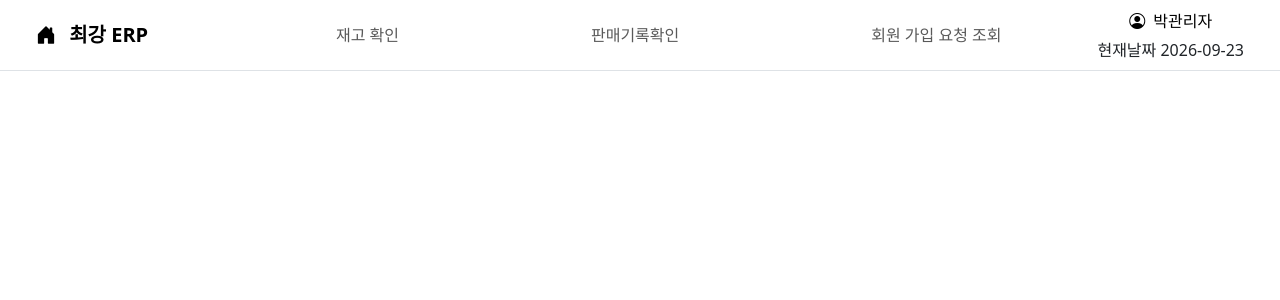
Repository: nojong99/kosta
Page: 32_MVCModel2/src/main/webapp/memberHeader.html
These files come from the project's save history. The page is drawn as it stood at one moment and after the next save; the edit follows.
The browser window is 1280 px wide. The pictures show the whole page.

Above is the page before, as saved 2026-09-23 06:45:38.

### 32_MVCModel2/src/main/webapp/memberHeader.html
<!DOCTYPE html>
<html>
<head>
<meta charset="UTF-8">
<meta name="viewport" content="width=device-width, initial-scale=1">

<title>최강 ERP</title>

<link
	href="https://cdn.jsdelivr.net/npm/bootstrap@5.3.8/dist/css/bootstrap.min.css"
	rel="stylesheet">
<link rel="stylesheet"
	href="https://cdn.jsdelivr.net/npm/bootstrap-icons@1.13.1/font/bootstrap-icons.min.css">
<link rel="stylesheet" href="css/header.css">

</head>
<body>
	<header>
		<nav class="navbar navbar-expand-lg bg-white border-bottom px-4">

			<div class="container-fluid">
				<a class="navbar-brand fw-bold me-4" href="index.html"> <i
					class="bi bi-house-door-fill me-2"></i> 최강 ERP
				</a>
				<ul class="navbar-nav flex-grow-1 mb-2 mb-lg-0">

					<li class="nav-item dropdown flex-fill text-center"><a
						class="nav-link dropdown-toggle" href="#" role="button"
						data-bs-toggle="dropdown"> 재고 확인</a>

						<ul class="dropdown-menu">

							<li><a class="dropdown-item" href="#"> </a></li>

						</ul></li>

					<li class="nav-item dropdown flex-fill text-center"><a
						class="nav-link dropdown-toggle" href="#" role="button"
						data-bs-toggle="dropdown"> 판매기록확인 </a>
						<ul class="dropdown-menu">

							<li><a class="dropdown-item" href="#"> </a></li>

						</ul></li>
					<li class="nav-item dropdown flex-fill text-center"><a
						class="nav-link dropdown-toggle" href="#" role="button"
						data-bs-toggle="dropdown"> 회원 가입 요청 조회 </a>

						<ul class="dropdown-menu">

							<li><a class="dropdown-item" href="#"> </a></li>

						</ul></li>



				</ul>
				<div class="header-right d-flex flex-column align-items-center gap-1">
					<div class="dropdown">
						<button class="dropdown-toggle border-0 bg-transparent"
							data-bs-toggle="dropdown">
							<i class="bi bi-person-circle me-1"></i> 박관리자
						</button>

						<ul class="dropdown-menu dropdown-menu-end">
							<li><a class="dropdown-item" href="#">프로필</a></li>
							<li><a class="dropdown-item" href="#">설정</a></li>
							<li><hr class="dropdown-divider"></li>
							<li><a class="dropdown-item" href="#">로그아웃</a></li>
						</ul>
					</div>

					<div class="current-date">
						현재날짜 <span id="currentDate">2026-09-23</span>
					</div>
				</div>
			</div>

		</nav>
	</header>
</body>
</html>

### 32_MVCModel2/src/main/webapp/css/header.css
@charset "UTF-8";

header {
  width: 100%;
}

.navbar {
  min-height: 70px;
}

.navbar-nav .dropdown {
  position: relative;
}

.navbar-nav .dropdown:hover > .dropdown-menu {
  display: block;
  top: 100%;
  left: 50%;
  transform: translateX(-50%);
  margin-top: 0;
}

header .dropdown-toggle::after {
  display: none;
}

.navbar-brand {
  min-width: 180px;
}

@media (max-width: 768px) {
  .navbar-brand {
    min-width: auto;
  }
}

After the next save:
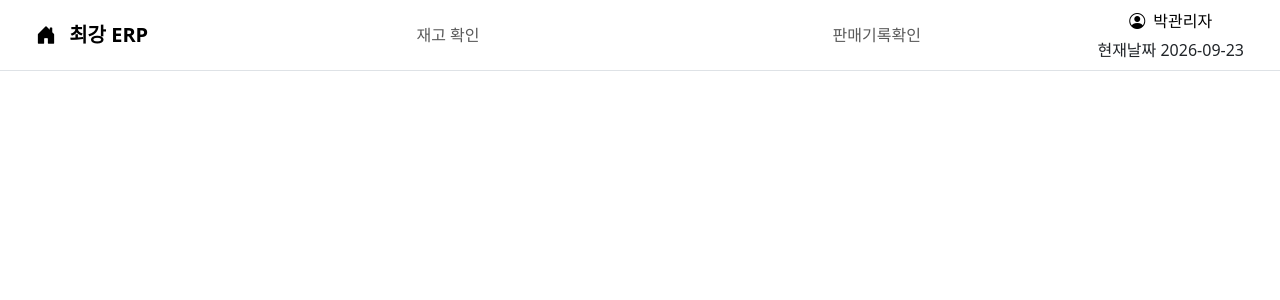
Saved 8 s later.
--- a/32_MVCModel2/src/main/webapp/memberHeader.html
+++ b/32_MVCModel2/src/main/webapp/memberHeader.html
@@ -42,15 +42,6 @@
 							<li><a class="dropdown-item" href="#"> </a></li>
 
 						</ul></li>
-					<li class="nav-item dropdown flex-fill text-center"><a
-						class="nav-link dropdown-toggle" href="#" role="button"
-						data-bs-toggle="dropdown"> 회원 가입 요청 조회 </a>
-
-						<ul class="dropdown-menu">
-
-							<li><a class="dropdown-item" href="#"> </a></li>
-
-						</ul></li>
 
 
 
